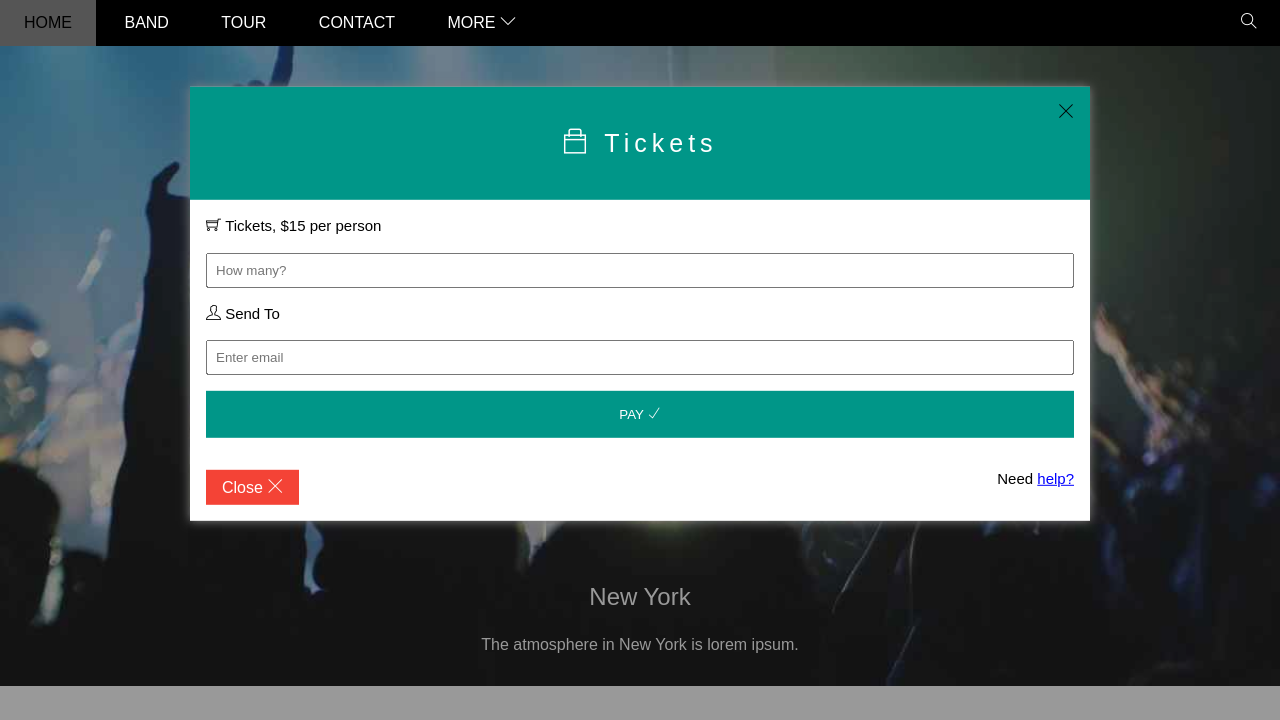
Repository: tung1233hhhhhhhhhhhhh/Website
Page: w3_band/index.html
These files come from the project's save history. The page is drawn as it stood at one moment and after the next save; the edit follows.
The browser window is 1280 px wide. The pictures show the window.
A layer covers the whole window, so only the first screen is drawn.

Above is the page before, as saved 2023-02-18 21:58:31.

### w3_band/index.html
<!DOCTYPE html>
<html lang="en">

<head>
    <meta charset="UTF-8">
    <meta http-equiv="X-UA-Compatible" content="IE=edge">
    <meta name="viewport" content="width=device-width, initial-scale=1.0">
    <title>Document</title>
    <link rel="stylesheet" href="./assets/css/style.css">
    <link rel="stylesheet" href="/w3_band/assets/fonts/themify-icons/themify-icons.css">
    <link rel="stylesheet" href="./modal.js">
</head>

<body>
    <div id="main">
        <div id="header">
            <div id="nav">
                <ul>
                    <li><a href="">Home</a></li>
                    <li><a href="">Band</a></li>
                    <li><a href="">Tour</a></li>
                    <li><a href="">Contact</a></li>
                    <li class="icon">
                        <a href="">
                            More
                            <i class="ti-angle-down"></i>
                        </a>
                        <div class="subnav">
                            <ul>
                                <li><a href="">Merchandise</a></li>
                                <li><a href="">Extras</a></li>
                                <li><a href="">Media</a></li>
                            </ul>
                        </div>
                    </li>
                </ul>
                <div class="icon-search">
                    <i class="ti-search"></i>
                </div>
            </div>
        </div>

        <div id="slider">
            <div class="silder-content">
                <h2 class="silder-heading">New York</h2>
                <p class="silder-discreption">The atmosphere in New York is lorem ipsum.</p>
            </div>
        </div>

        <div id="content">
            <!-- about content -->
            <div class="content-selection">
                <h2 class="text-heading">THE BAND</h2>
                <p class="text-sub-heading">We love music</p>
                <p class="text-content">
                    We have created a fictional band website. Lorem ipsum dolor sit amet, consectetur adipiscing elit,
                    sed do eiusmod tempor incididunt ut labore et dolore magna aliqua. Ut enim ad minim veniam, quis
                    nostrud exercitation ullamco laboris nisi ut aliquip ex ea commodo consequat. Duis aute irure dolor
                    in reprehenderit in voluptate velit esse cillum dolore eu fugiat nulla pariatur. Excepteur sint
                    occaecat cupidatat non proident, sunt in culpa qui officia deserunt mollit anim id est laborum
                    consectetur adipiscing elit, sed do eiusmod tempor incididunt ut labore et dolore magna aliqua. Ut
                    enim ad minim veniam, quis nostrud exercitation ullamco laboris nisi ut aliquip ex ea commodo
                    consequat.
                </p>
                <!-- img -->
                <div class="team-selection">
                    <div class="sub-selection">
                        <p class="text-selection">Team</p>
                        <img src="/w3_band/assets/img/name.jpg" alt="" class="img-selection">
                    </div>

                    <div class="sub-selection">
                        <p class="text-selection">Team</p>
                        <img src="/w3_band/assets/img/name.jpg" alt="" class="img-selection">
                    </div>

                    <div class="sub-selection">
                        <p class="text-selection">Team</p>
                        <img src="/w3_band/assets/img/name.jpg" alt="" class="img-selection">
                    </div>
                </div>
            </div>

            <!-- tour content -->

            <div class="content-tour">
                <div class="tour-body">
                    <div class="content-selection">
                        <h2 class="text-heading">TOUR DATES</h2>
                        <p class="text-sub-heading">Remember to book your tickets!</p>
                    </div>

                    <ul class="tour-text">
                        <li>
                            September
                            <span>Sold out</span>
                        </li>
                        <li>
                            October
                            <span>Sold out</span>
                        </li>
                        <li>
                            November
                            <span class="number">3</span>
                        </li>
                    </ul>

                    <div class="tour-list">
                        <div class="tourimg-selection">
                            <img src="/w3_band/assets/img/anh1.jpg" alt="">
                            <div class="container">
                                <p>
                                    <b>New York</b>
                                </p>
                                <p style="opacity: 0.6;">Fri 27 Nov 2016</p>
                                <p>Praesent tincidunt sed tellus ut rutrum sed vitae justo.</p>
                                <button> Buy Tickets</button>
                            </div>


                        </div>
                        <div class="tourimg-selection">
                            <img src="/w3_band/assets/img/anh2.jpg" alt="">
                            <div class="container">
                                <p>
                                    <b>Paris</b>
                                </p>
                                <p style="opacity: 0.6;">Sat 28 Nov 2016</p>
                                <p>Praesent tincidunt sed tellus ut rutrum sed vitae justo.</p>
                                <button> Buy Tickets</button>
                            </div>
                        </div>
                        <div class="tourimg-selection">
                            <img src="/w3_band/assets/img/anh3.jpg" alt="">
                            <div class="container">
                                <p>
                                    <b>San Francisco</b>
                                </p>
                                <p style="opacity: 0.6;">Sun 29 Nov 2016</p>
                                <p>Praesent tincidunt sed tellus ut rutrum sed vitae justo.</p>
                                <button> Buy Tickets</button>
                            </div>
                        </div>
                    </div>
                </div>
            </div>

            <!-- contact content -->

            <div class="contact-content">
                <div class="content-selection">
                    <h2 class="text-heading">CONTACT</h2>
                    <p class="text-sub-heading">Fan? Drop a note!</p>
                    <div class="contact">
                        <div class="contact-left">
                            <i class="ti-location-pin"></i>
                            Chicago, US
                            <br>
                            <i class="ti-mobile"></i>
                            Phone: +00 151515
                            <br>
                            <i class="ti-email"></i>
                            Email: mail@mail.com
                        </div>
                        <div class="contact-right">
                            <form action="">
                                <div class="account">
                                    <input type="text" placeholder="Name">
                                    <input type="text" placeholder="Email">
                                </div>
                                <input class="mes" type="text" placeholder="Message">
                                <button>SEND</button>
                            </form>
                        </div>
                    </div>
                </div>

            </div>

            <!-- image of location/map -->

            <div class="banner-image">
                <img src="/w3_band/assets/img/map.jpg" alt="">

            </div>


        </div>

        <div id="footer">
            <i class="ti-facebook"></i>
            <i class="ti-instagram"></i>
            <i class="ti-vimeo-alt"></i>
            <i class="ti-pinterest"></i>
            <i class="ti-twitter-alt"></i>
            <i class="ti-linkedin"></i>
            <p>Powered by <a href="">w3.css</a></p>
        </div>
    </div>
    <div class="modal">
        <div class="modal-container">
            <div class="modal-close">
                <i class="ti-close"></i>
            </div>
            <header>
                <i class="ti-bag"></i>
                Tickets

            </header>
            <div class="modal-body">
                <label for="" class="modal-lable">
                    <i class="ti-shopping-cart"></i>
                    Tickets, $15 per person
                </label>
                <input type="text" class="input-lable" placeholder="How many?">
                <label for="" class="modal-lable">
                    <i class="ti-user"></i>
                    Send To
                </label>
                <input type="text" class="input-lable" placeholder="Enter email">
                <button class="modal-button">PAY
                    <i class="ti-check"></i>
                </button>
                <button class="modal_button-close">Close
                    <i class="ti-close"></i>
                </button>
                <p class="modal-needhelp">Need <a href="">help?</a></p>
            </div>

        </div>
    </div>


</body>

</html>

### w3_band/assets/css/style.css
* {
    padding: 0;
    margin: 0;
    box-sizing: border-box;
}

html {
    font-family: Arial, Helvetica, sans-serif;
}

#main {}

#header {
    height: 46px;
    background-color: #000;
    position: fixed;
    top: 0;
    right: 0;
    left: 0;
    z-index: 1;
}

#nav li {
    display: inline-block;
    position: relative;
}

#nav li:hover .subnav {
    display: block;
}

#nav>ul>li:hover>a>i,
#nav .subnav li:hover,
#nav>ul>li:hover>a {
    color: #000;
    background-color: #555;
}

#nav .subnav {
    display: none;
    position: absolute;
    background-color: #FFF;
    box-shadow: 0 0 20px rgba(0, 0, 0, 0.4);
}

#nav .subnav a {
    color: #000;
    padding: 0 12px;
    line-height: 38px;
}

#nav .subnav ul li {
    display: block;
    min-width: 150px;
}

#nav>ul>li>a {
    color: #fff;
    text-transform: uppercase;
}

#nav ul {
    display: inline-block;
}

#nav li a {
    text-decoration: none;
    line-height: 46px;
    padding: 0 24px;
    display: block;
}

#nav i {
    color: #fff;
    width: 20px;
}

#header .icon-search {
    display: block;
    float: right;
    line-height: 46px;
    padding: 0 23px;
}

#header .icon-search:hover {
    cursor: pointer;
    background-color: #f44336;
}

#slider {
    margin-top: 46px;
    padding-top: 50%;
    background: url(/w3_band/assets/img/ny.jpg) top center / cover no-repeat;
    position: relative;
}

.silder-content {
    position: absolute;
    bottom: 0;
    color: #fff;
    padding-bottom: 32px;
    text-align: center;
    width: 100%;
}

.silder-heading {
    font-weight: 500;
}

.silder-discreption {
    margin-top: 25px;
}

#content {}

#content .content-selection {
    padding: 64px 0px;
    margin-left: auto;
    margin-right: auto;
    width: 800px;
}

#content .content-selection .text-heading {
    text-align: center;
    font-size: 30px;
    font-weight: 500;
    letter-spacing: 4px;
}

#content .content-selection .text-sub-heading {
    text-align: center;
    font-size: 15px;
    margin-top: 25px;
    opacity: 0.6;
    font-style: italic;
}

#content .content-selection .text-content {
    font-size: 15px;
    margin-top: 25px;
    text-align: justify;
    line-height: 1.4;
}

#content .content-selection .team-selection {
    padding-top: 47px;
    padding-bottom: 32px;
    justify-items: space-between;
}

#content .team-selection .sub-selection {
    display: inline-block;
    text-align: center;
}

#content .sub-selection p {
    margin: 15px 0;
}



#content .team-selection .img-selection {
    width: 60%;
    border-radius: 4px;
    margin-bottom: 16px;
}

/* tour content  */


#content .content-tour {
    height: 850px;
    background-color: #000;
    color: #fff;
}

#content .content-tour .tour-body {
    width: 800px;
    margin-left: auto;
    margin-right: auto;
}

#content .content-tour .tour-text {
    background-color: #FFF;
    display: block;
    color: #000;
}

#content .tour-text>li {
    height: 22, 5px;
    padding: 8px 16px;
    list-style: none;
}

#content .tour-text>li:first-child {
    border-bottom: 1px solid #999;
}

#content .tour-text>li:last-child {
    border-top: 1px solid #999;
}

#content .tour-text span {
    /* border-radius: 4px; */
    display: inline-block;
    background-color: red;
    padding: 4px;
    margin-left: 4px;
    color: #fff;
}

#content .tour-text .number {
    /* margin-left: 50px; */
    background-color: black;
    float: right;
    border-radius: 50%;
    margin-top: -3px;
}

#content .tour-list {
    padding: 32px 0;
    right: 0;
    left: 0;
    margin: 0 -8px;
    position: relative;
}

#content .tourimg-selection {
    width: 33.33333%;
    float: left;
    padding: 0 8px;
    justify-content: space-between;
}

#content .tourimg-selection .container {
    /* text-align: center; */
    background-color: #fff;
    color: #000;
    height: 204px;
    padding-left: 16px;
    font-size: 15px;
    line-height: 1.5;
    margin-top: -4px;
    margin-bottom: 15px;
}



#content .tourimg-selection .container>p {
    padding-top: 15px;
}

#content .tourimg-selection .container button {
    color: #fff;
    background-color: #000;
    margin-top: 15px;
    text-align: center;
    cursor: pointer;
    white-space: nowrap;
    border: none;
    display: inline-block;
    padding: 8px 16px;
    vertical-align: middle;
    overflow: hidden;
    text-decoration: none;
}

#content .container button:hover {
    background-color: #ccc;
    color: #000;
}

#content .tourimg-selection img {
    width: 100%;
    background-image: cover;
}

/* contact content */


#content .contact-content {
    padding: 45px 0;
}

#content .contact {
    padding-top: 47px;
    padding-bottom: 32px;
}

#content .contact .contact-left {
    width: 49%;
    display: inline-block;
    font-size: 18px;
}

#content .contact .contact-left i {
    display: inline-block;
    font-size: inherit;
    width: 30px;
    line-height: 1.5;
}

#content .contact .contact-right {
    width: 49%;
    /* display: inline-block; */
    float: right;
}


.contact .contact-right form {
    width: 400px;
    position: relative;
    display: inline-block
}

.contact .contact-right form .account {
    margin-bottom: 10px;
}

.contact .contact-right .account input {
    padding: 8px;
    margin-right: 16px;
}

.contact .contact-right form .mes {
    width: 95.7%;
    padding: 8px;
}

.contact .contact-right form button {
    /* position: absolute; */
    margin: 16px 0;
    padding: 8px 16px;
    margin-left: 309px;
    background-color: black;
    color: #fff;
}

.contact .contact-right form button:hover {
    cursor: pointer;
    background-color: #ccc;
    color: black;
    border: none;
}

/* image of location/map */

.banner-image img {
    width: 100%;
    filter: grayscale(50%);
}

#content {}


#footer {
    padding: 64px 16px;
    text-align: center;
    justify-content: center;
    opacity: 0.6;
}

#footer p {
    margin: 30px 0;
    display: block;
    font-size: 15px;
}

#footer i {
    font-size: 25px;

    display: inline-block;
    text-rendering: auto;
}


.modal {
    position: fixed;
    top: 0;
    left: 0;
    right: 0;
    bottom: 0;

    background-color: rgba(0, 0, 0, 0.4);
}

.modal .modal-container {
    width: 900px;
    /* height: 400px; */
    background-color: #FFF;
    margin: 0 auto;
    transform: translateY(20%);
    position: relative;
    box-shadow: 0 0 10px gray;
}

.modal .modal-container .modal-close {
    position: absolute;
    right: 0;
    padding: 16px;
}

.modal .modal-container .modal-close:hover {
    cursor: pointer;
    background-color: #ccc;
    color: black;
}

.modal header {
    width: 900px;
    padding: 42px 16px;
    background-color: #009688;
    font-size: 25px;
    color: #FFF;
    letter-spacing: 5px;
    text-align: center;
    align-items: center;
}

.modal .modal-body {
    width: 100%;
    padding: 0 16px;
}

.modal .modal-body .modal-lable {
    display: block;
    margin-top: 15px;
    margin-bottom: 15px;
    font-size: 15px;
    line-height: 1.5;
}

.modal .modal-body .input-lable {
    width: 100%;
    padding: 8px;
}

.modal .modal-body .modal-button {
    width: 100%;
    margin-top: 16px;
    margin-bottom: 16px;
    padding: 16px;
    background-color: #009688;
    color: #FFF;
    border: none;
}

.modal .modal-body .modal-button:hover {
    color: #000;
    background-color: #ccc;
    cursor: pointer;
}

.modal .modal_button-close {
    margin-top: 16px;
    margin-bottom: 16px;
    padding: 8px 16px;
    background-color: #f44336;
    border: none;
    color: #FFF;
    font-size: 16px;
}

.modal .modal_button-close:hover {
    color: #000;
    background-color: #ccc;
    cursor: pointer;
}

.modal .modal-needhelp {
    float: right;
    margin-top: 16px;
    margin-bottom: 16px;
    font-size: 15px;
}

.modal .modal-needhelp a {
    color: blue;
}

Loaded but not shown: w3_band/assets/fonts/themify-icons/themify-icons.css (common file); w3_band/modal.js (no stored copy; drawn as an empty file)

After the next save:
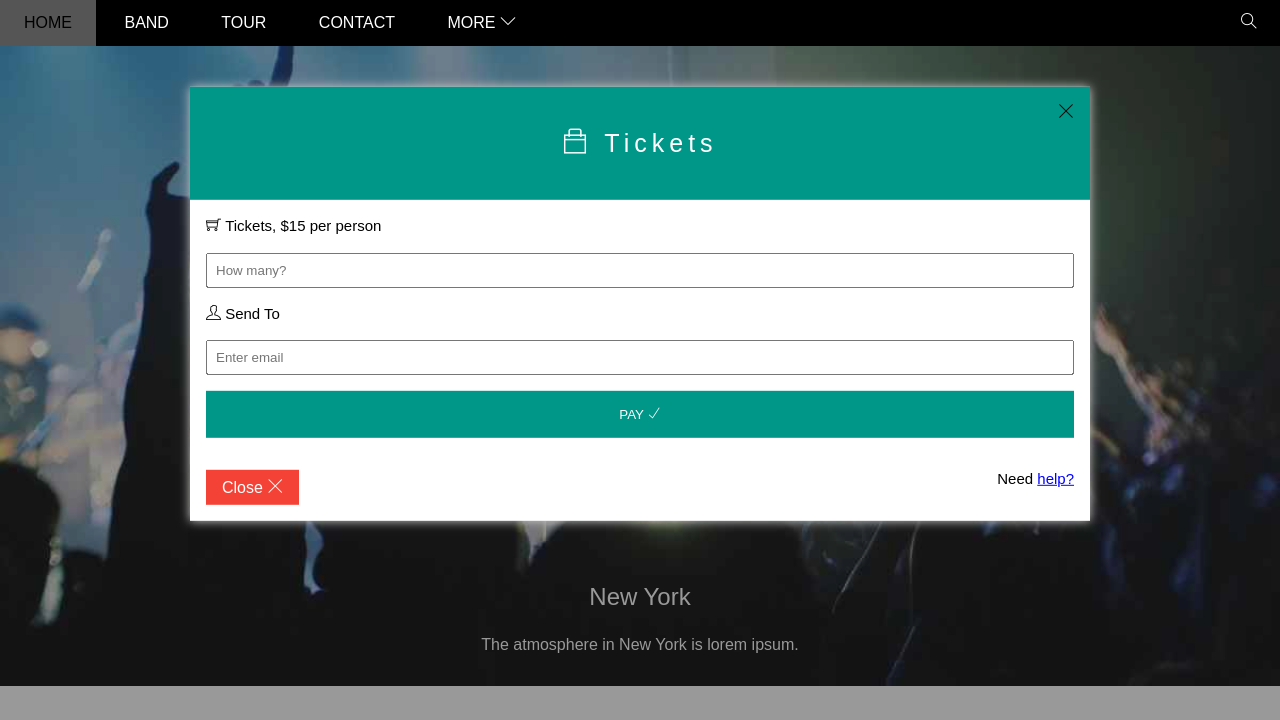
Saved 11 s later.
--- a/w3_band/assets/css/style.css
+++ b/w3_band/assets/css/style.css
@@ -391,7 +391,7 @@
     margin: 0 auto;
     transform: translateY(20%);
     position: relative;
-    box-shadow: 0 0 10px gray;
+    box-shadow: 0 0 10px #ccc;
 }
 
 .modal .modal-container .modal-close {
